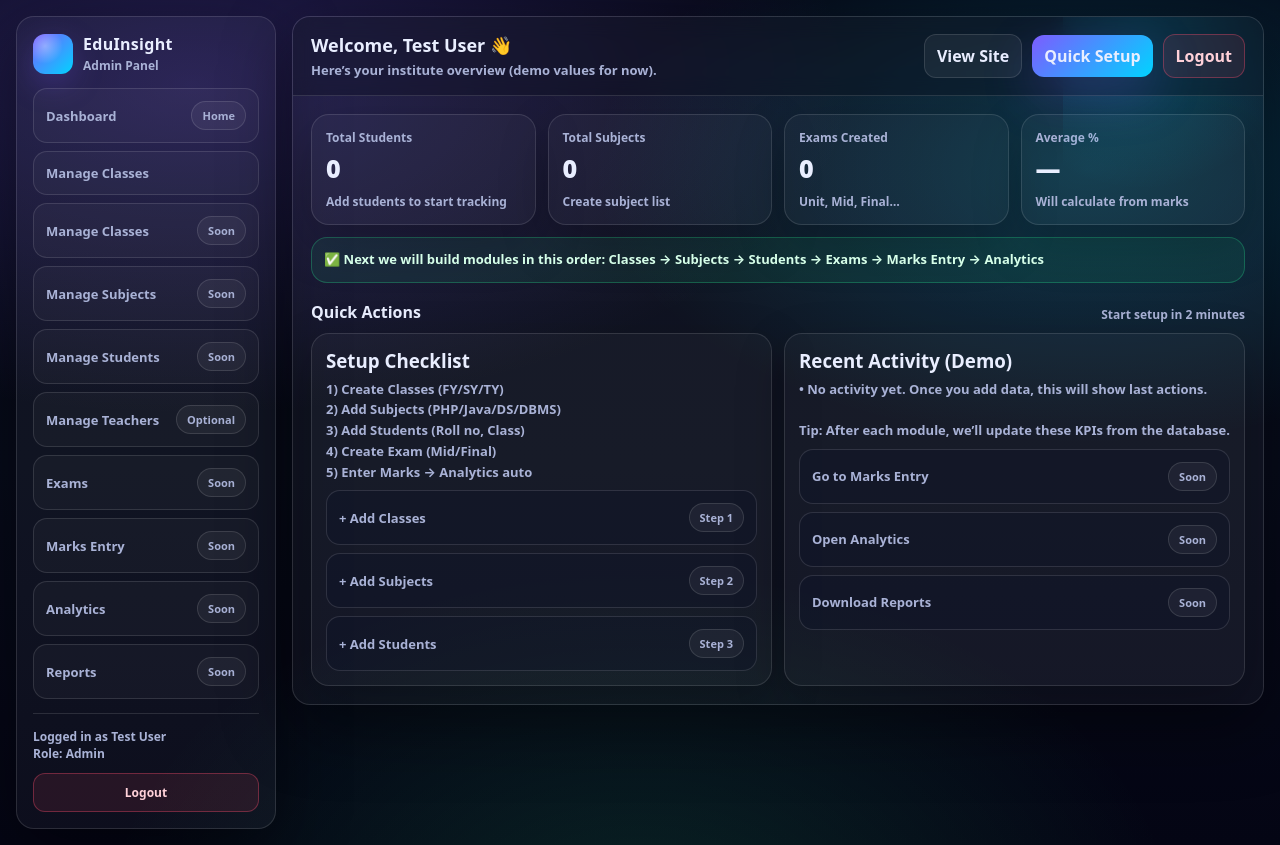
Repository: Kaifclash/EduInsight
Page: http://localhost/dashboard/admin_dashboard.php
An editor plug-in stored every save of this project. The page is shown before and after the next save, followed by the edit.
The browser window is 1280 px wide. The pictures show the whole page.
The page is run by PHP 8.4 with error messages shown; the project is at /var/www/html/. The session is filled in as if someone had signed in: {"user_id": 1, "role": "admin", "full_name": "Test User"}. Other server files are loaded and not shown.

Above is the page before, as saved 2026-02-10 19:37:05.

### dashboard/admin_dashboard.php
<?php
session_start();
if (!isset($_SESSION["user_id"]) || ($_SESSION["role"] ?? "") !== "admin") {
  header("Location: ../login.html");
  exit;
}
$fullName = $_SESSION["full_name"] ?? "Admin";
?>
<!DOCTYPE html>
<html lang="en">
<head>
  <meta charset="UTF-8" />
  <meta name="viewport" content="width=device-width, initial-scale=1.0" />
  <title>EduInsight | Admin Dashboard</title>
  <style>
    :root{
      --bg:#070b1a;
      --card:#0f1736;
      --card2:#0b122a;
      --text:#e9eeff;
      --muted:#a9b2d6;
      --accent:#7c5cff;
      --accent2:#00d4ff;
      --good:#2dff9a;
      --warn:#ffcf5a;
      --danger:#ff4d6d;
      --border:rgba(255,255,255,.12);
      --shadow: 0 20px 70px rgba(0,0,0,.45);
      --radius:18px;
    }

    *{box-sizing:border-box;}

    body{
      margin:0;
      font-family: ui-sans-serif, system-ui, -apple-system, Segoe UI, Roboto, Arial;
      color:var(--text);
      background:
        radial-gradient(1200px 600px at 15% 10%, rgba(124,92,255,.25), transparent 55%),
        radial-gradient(900px 500px at 85% 20%, rgba(0,212,255,.20), transparent 55%),
        radial-gradient(900px 600px at 50% 110%, rgba(45,255,154,.12), transparent 60%),
        linear-gradient(180deg, #060816 0%, var(--bg) 55%, #040514 100%);
      min-height:100vh;
      overflow-x:hidden;
      overflow-y:auto; /* ✅ important */
    }

    a{color:inherit;text-decoration:none;}

    /* ✅ Full width responsive layout */
    .layout{
      width:100%;
      max-width:1400px;
      margin: 16px auto;
      padding: 0 16px;
      display:grid;
      grid-template-columns: 260px 1fr;
      gap:16px;
      align-items:start;
    }

    /* Sidebar */
    .sidebar{
      border:1px solid var(--border);
      border-radius: var(--radius);
      background: rgba(255,255,255,.04);
      box-shadow: var(--shadow);
      overflow:hidden;
      padding:16px;

      /* ✅ remove fixed height / sticky */
      position: relative;
      min-height: calc(100vh - 32px);
    }

    .brand{
      display:flex; align-items:center; gap:10px;
      font-weight:900;
      letter-spacing:.3px;
      margin-bottom:14px;
    }
    .logo{
      width:40px; height:40px;
      border-radius:12px;
      background:
        radial-gradient(circle at 30% 30%, rgba(255,255,255,.35), transparent 45%),
        linear-gradient(135deg, var(--accent), var(--accent2));
      box-shadow: 0 10px 30px rgba(124,92,255,.25);
    }
    .brand small{
      display:block;
      font-weight:650;
      color:var(--muted);
      margin-top:2px;
      font-size:12px;
      letter-spacing:0;
    }

    .nav{
      margin-top:10px;
      display:grid;
      gap:8px;
    }
    .nav a{
      padding:12px 12px;
      border:1px solid var(--border);
      border-radius: 14px;
      background: rgba(255,255,255,.03);
      color: var(--muted);
      font-weight:800;
      font-size:13px;
      display:flex;
      align-items:center;
      justify-content:space-between;
      transition:.18s ease;
    }
    .nav a:hover{
      transform: translateY(-1px);
      background: rgba(255,255,255,.06);
      color: var(--text);
    }
    .pill{
      font-size:11px;
      font-weight:900;
      padding:6px 10px;
      border-radius:999px;
      border:1px solid var(--border);
      background: rgba(255,255,255,.05);
      color: var(--muted);
    }

    .side-footer{
      margin-top:14px;
      border-top:1px solid var(--border);
      padding-top:14px;
      color: var(--muted);
      font-size:12px;
      font-weight:650;
      line-height:1.45;
    }

    /* Main */
    .main{
      border:1px solid var(--border);
      border-radius: var(--radius);
      background: rgba(255,255,255,.04);
      box-shadow: var(--shadow);
      overflow:hidden;
      position:relative;

      /* ✅ always fills screen */
      min-height: calc(100vh - 32px);
    }

    .main::before{
      content:"";
      position:absolute;
      inset:-60px -60px auto auto;
      width:260px; height:260px;
      background: radial-gradient(circle at 30% 30%, rgba(0,212,255,.18), transparent 60%);
      pointer-events:none;
    }

    /* Topbar */
    .topbar{
      display:flex;
      align-items:center;
      justify-content:space-between;
      gap:12px;
      padding:16px 18px;
      border-bottom:1px solid var(--border);
      backdrop-filter: blur(10px);
      background: rgba(7,11,26,.30);
      position:sticky;
      top:0;
      z-index:5;
    }

    .hello b{font-size:18px;}
    .hello div{color:var(--muted); font-weight:700; font-size:13px; margin-top:4px;}

    .actions{
      display:flex;
      gap:10px;
      align-items:center;
      flex-wrap:wrap;
    }

    .btn{
      border:1px solid var(--border);
      background: rgba(255,255,255,.06);
      color:var(--text);
      padding:10px 12px;
      border-radius:12px;
      font-weight:900;
      cursor:pointer;
      transition:.18s ease;
      display:inline-flex;
      gap:10px;
      align-items:center;
      justify-content:center;
      user-select:none;
      white-space:nowrap;
    }
    .btn:hover{transform: translateY(-1px); background: rgba(255,255,255,.10);}
    .btn-primary{
      border:none;
      background: linear-gradient(135deg, var(--accent), var(--accent2));
      box-shadow: 0 18px 50px rgba(124,92,255,.25);
    }
    .btn-danger{
      border:1px solid rgba(255,77,109,.35);
      background: rgba(255,77,109,.10);
      color: #ffd1d9;
    }

    /* Content */
    .content{padding:18px;}

    .grid{
      display:grid;
      grid-template-columns: repeat(4, 1fr);
      gap:12px;
    }

    .card{
      border:1px solid var(--border);
      border-radius: var(--radius);
      background: rgba(255,255,255,.03);
      padding:14px;
      box-shadow: 0 18px 50px rgba(0,0,0,.22);
    }
    .kpi .label{color:var(--muted); font-weight:900; font-size:12px;}
    .kpi .value{font-size:24px; font-weight:1000; margin-top:6px;}
    .kpi .sub{margin-top:8px; color:var(--muted); font-weight:700; font-size:12px;}

    .section-title{
      display:flex;
      align-items:flex-end;
      justify-content:space-between;
      gap:12px;
      margin:18px 0 10px;
    }
    .section-title h2{margin:0; font-size:16px;}
    .section-title p{margin:0; color:var(--muted); font-weight:700; font-size:12px;}

    .two{
      display:grid;
      grid-template-columns: 1fr 1fr;
      gap:12px;
    }

    .list a{
      display:flex;
      align-items:center;
      justify-content:space-between;
      padding:12px;
      border:1px solid var(--border);
      border-radius: 14px;
      background: rgba(11,18,42,.30);
      margin-top:8px;
      color: var(--muted);
      font-weight:850;
      font-size:13px;
      transition:.18s ease;
    }
    .list a:hover{transform: translateY(-1px); background: rgba(255,255,255,.06); color: var(--text);}
    .tag{
      font-size:11px;
      font-weight:900;
      padding:6px 10px;
      border-radius:999px;
      border:1px solid var(--border);
      background: rgba(255,255,255,.05);
      color: var(--muted);
    }

    .note{
      margin-top:12px;
      padding:12px;
      border-radius: 16px;
      border:1px solid rgba(45,255,154,.25);
      background: rgba(45,255,154,.08);
      color:#d6ffe9;
      font-weight:800;
      font-size:13px;
      line-height:1.5;
    }

    /* ✅ Responsive */
    @media (max-width: 1050px){
      .layout{grid-template-columns: 1fr;}
      .sidebar{min-height:auto;}
      .grid{grid-template-columns: repeat(2, 1fr);}
      .two{grid-template-columns:1fr;}
    }
    @media (max-width: 520px){
      .grid{grid-template-columns:1fr;}
      .actions{width:100%;}
      .btn{flex:1;}
    }
  </style>
</head>
<body>

  <div class="layout">
    <!-- Sidebar -->
    <aside class="sidebar">
      <div class="brand">
        <div class="logo"></div>
        <div>
          EduInsight
          <small>Admin Panel</small>
        </div>
      </div>

      <div class="nav">
        <a href="admin_dashboard.php">Dashboard <span class="pill">Home</span></a>
        <a href="classes.php">Manage Classes</a>
        <a href="#" onclick="return comingSoon('Classes');">Manage Classes <span class="pill">Soon</span></a>
        <a href="#" onclick="return comingSoon('Subjects');">Manage Subjects <span class="pill">Soon</span></a>
        <a href="#" onclick="return comingSoon('Students');">Manage Students <span class="pill">Soon</span></a>
        <a href="#" onclick="return comingSoon('Teachers');">Manage Teachers <span class="pill">Optional</span></a>
        <a href="#" onclick="return comingSoon('Exams');">Exams <span class="pill">Soon</span></a>
        <a href="#" onclick="return comingSoon('Marks Entry');">Marks Entry <span class="pill">Soon</span></a>
        <a href="#" onclick="return comingSoon('Analytics');">Analytics <span class="pill">Soon</span></a>
        <a href="#" onclick="return comingSoon('Reports');">Reports <span class="pill">Soon</span></a>
      </div>

      <div class="side-footer">
        Logged in as <b><?php echo htmlspecialchars($fullName); ?></b><br>
        Role: <b>Admin</b><br>
        <div style="margin-top:10px;">
          <a class="btn btn-danger" href="../logout.php" style="width:100%; text-align:center; display:inline-flex; justify-content:center;">Logout</a>
        </div>
      </div>
    </aside>

    <!-- Main -->
    <main class="main">
      <div class="topbar">
        <div class="hello">
          <b>Welcome, <?php echo htmlspecialchars($fullName); ?> 👋</b>
          <div>Here’s your institute overview (demo values for now).</div>
        </div>

        <div class="actions">
          <a class="btn" href="../index.html">View Site</a>
          <a class="btn btn-primary" href="#" onclick="return comingSoon('Quick Setup');">Quick Setup</a>
          <a class="btn btn-danger" href="../logout.php">Logout</a>
        </div>
      </div>

      <div class="content">
        <div class="grid">
          <div class="card kpi">
            <div class="label">Total Students</div>
            <div class="value" id="kStudents">0</div>
            <div class="sub">Add students to start tracking</div>
          </div>
          <div class="card kpi">
            <div class="label">Total Subjects</div>
            <div class="value" id="kSubjects">0</div>
            <div class="sub">Create subject list</div>
          </div>
          <div class="card kpi">
            <div class="label">Exams Created</div>
            <div class="value" id="kExams">0</div>
            <div class="sub">Unit, Mid, Final…</div>
          </div>
          <div class="card kpi">
            <div class="label">Average %</div>
            <div class="value" id="kAvg">—</div>
            <div class="sub">Will calculate from marks</div>
          </div>
        </div>

        <div class="note">
          ✅ Next we will build modules in this order:
          <b>Classes → Subjects → Students → Exams → Marks Entry → Analytics</b>
        </div>

        <div class="section-title">
          <h2>Quick Actions</h2>
          <p>Start setup in 2 minutes</p>
        </div>

        <div class="two">
          <div class="card">
            <h3 style="margin:0 0 6px;">Setup Checklist</h3>
            <div style="color:var(--muted); font-weight:700; font-size:13px; line-height:1.6;">
              1) Create Classes (FY/SY/TY)<br>
              2) Add Subjects (PHP/Java/DS/DBMS)<br>
              3) Add Students (Roll no, Class)<br>
              4) Create Exam (Mid/Final)<br>
              5) Enter Marks → Analytics auto
            </div>

            <div class="list">
              <a href="#" onclick="return comingSoon('Classes');">+ Add Classes <span class="tag">Step 1</span></a>
              <a href="#" onclick="return comingSoon('Subjects');">+ Add Subjects <span class="tag">Step 2</span></a>
              <a href="#" onclick="return comingSoon('Students');">+ Add Students <span class="tag">Step 3</span></a>
            </div>
          </div>

          <div class="card">
            <h3 style="margin:0 0 6px;">Recent Activity (Demo)</h3>
            <div style="color:var(--muted); font-weight:700; font-size:13px; line-height:1.6;">
              • No activity yet. Once you add data, this will show last actions.<br><br>
              Tip: After each module, we’ll update these KPIs from the database.
            </div>

            <div class="list">
              <a href="#" onclick="return comingSoon('Marks Entry');">Go to Marks Entry <span class="tag">Soon</span></a>
              <a href="#" onclick="return comingSoon('Analytics');">Open Analytics <span class="tag">Soon</span></a>
              <a href="#" onclick="return comingSoon('Reports');">Download Reports <span class="tag">Soon</span></a>
            </div>
          </div>
        </div>

      </div>
    </main>
  </div>

  <script>
    function comingSoon(name){
      alert(name + " module next step me banayenge 👍");
      return false;
    }
  </script>

</body>
</html>

After the next save:
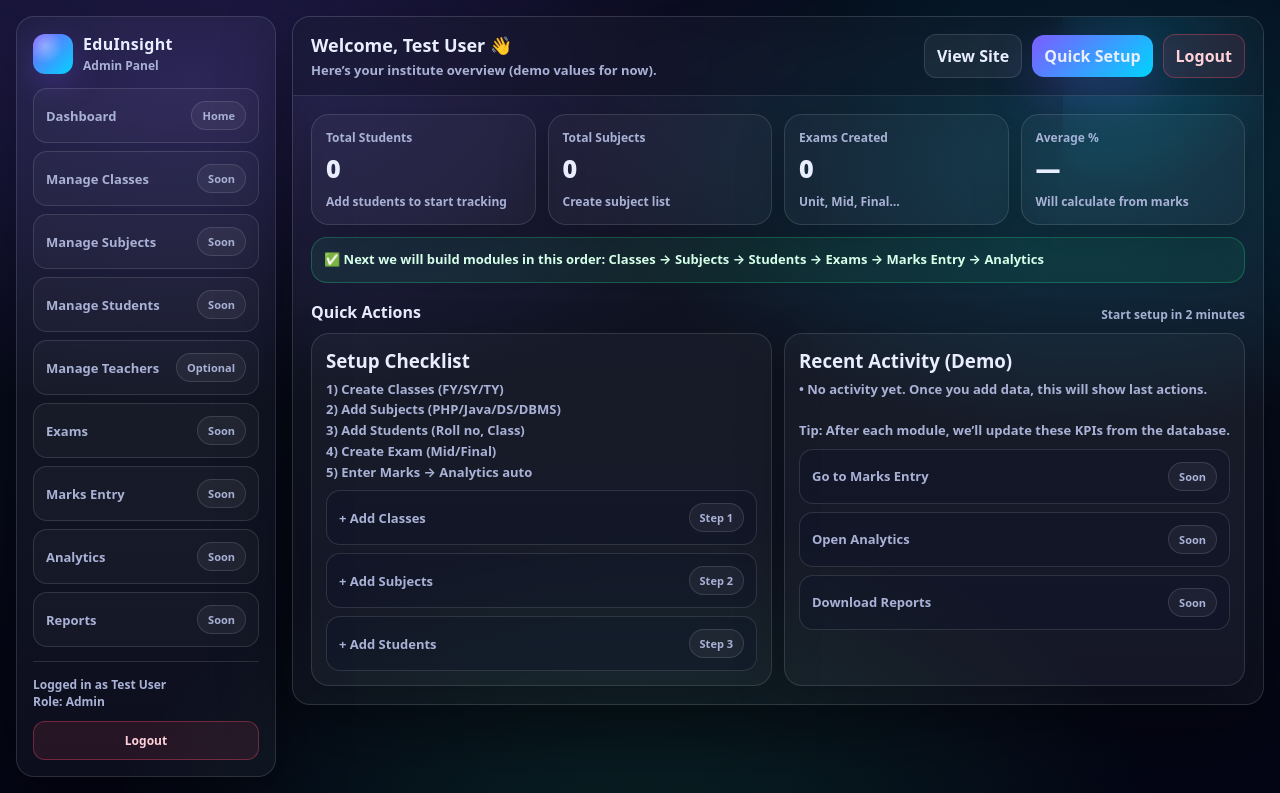
Saved 8 s later.
--- a/dashboard/admin_dashboard.php
+++ b/dashboard/admin_dashboard.php
@@ -316,7 +316,6 @@ $fullName = $_SESSION["full_name"] ?? "Admin";
 
       <div class="nav">
         <a href="admin_dashboard.php">Dashboard <span class="pill">Home</span></a>
-        <a href="classes.php">Manage Classes</a>
         <a href="#" onclick="return comingSoon('Classes');">Manage Classes <span class="pill">Soon</span></a>
         <a href="#" onclick="return comingSoon('Subjects');">Manage Subjects <span class="pill">Soon</span></a>
         <a href="#" onclick="return comingSoon('Students');">Manage Students <span class="pill">Soon</span></a>
